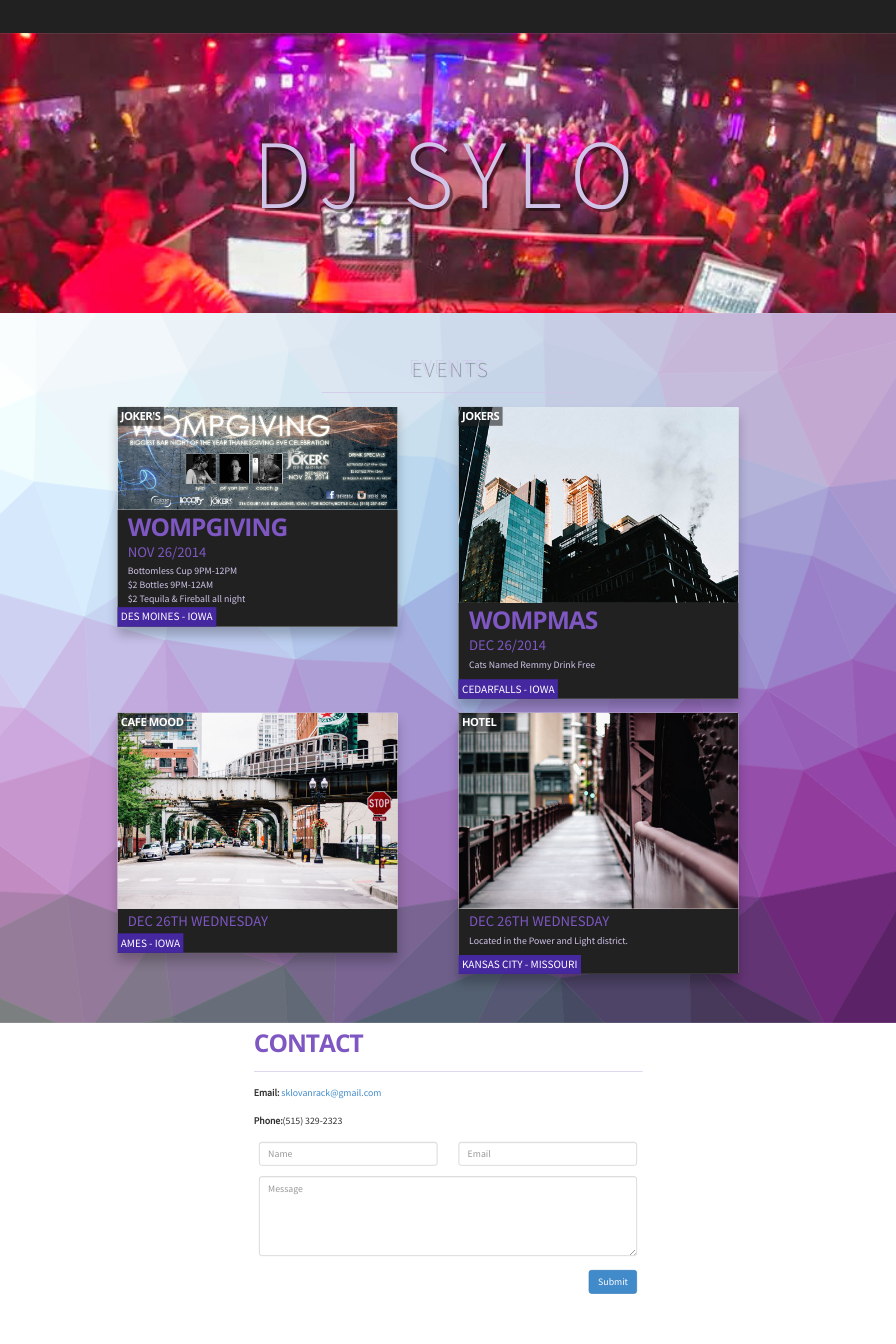
Repository: BambooXLotus/DjSylo
Page: client/index.html
The author's editor kept a record of every edit. The page is drawn from the files as they stood at one moment, then again after the next edit.
The browser window is 1280 px wide. The pictures show the part of the page from y = 1955 to 3875 px (the page is 4202 px tall), at 70% of full size.
Some icons come from a web library that is not loaded, so they are not drawn. Backgrounds fixed to the window are drawn as part of the page. Some web libraries are served in a nearby version.

Above is the page before.

After the next edit:
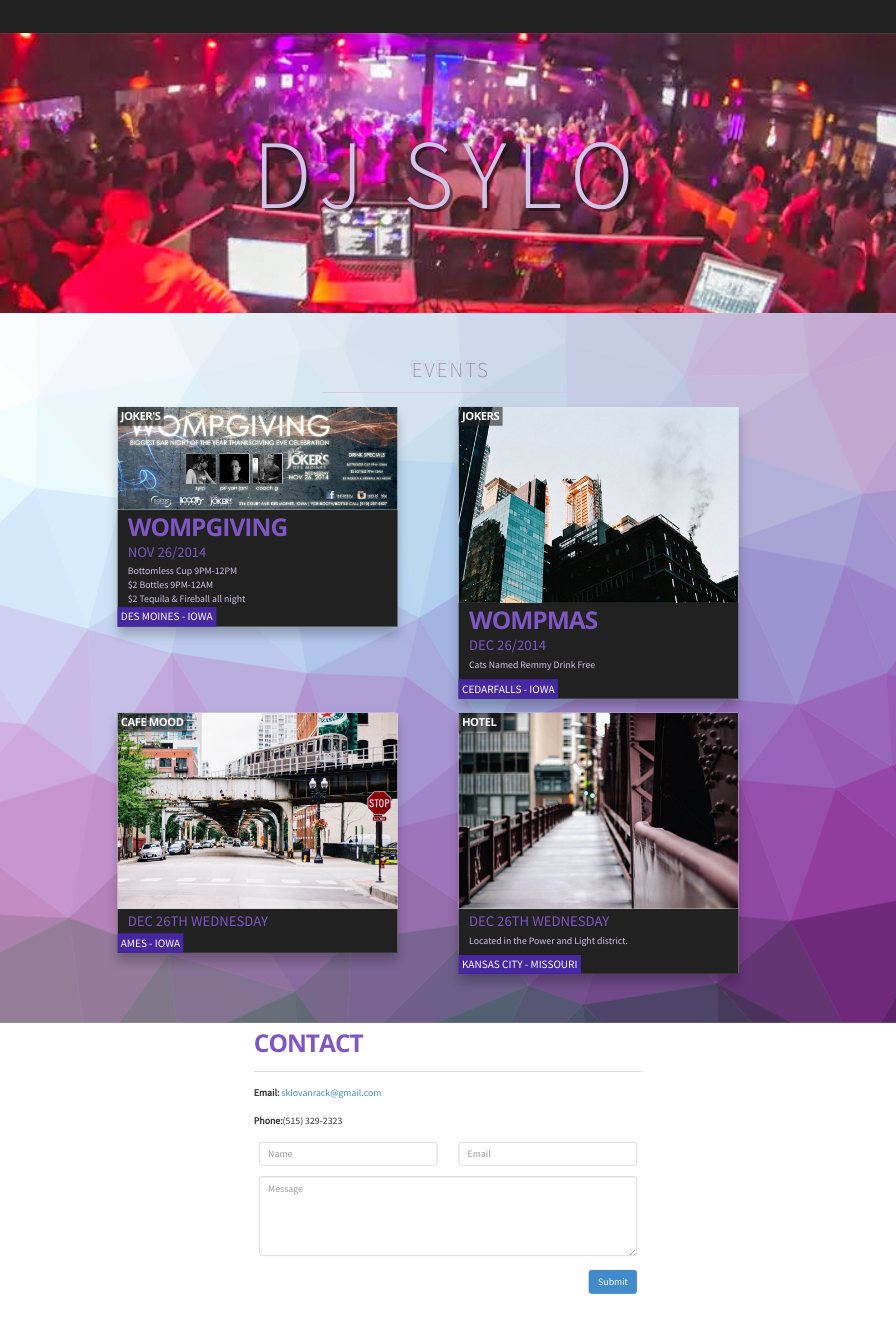
The edit:
--- a/client/css/stylish-portfolio.css
+++ b/client/css/stylish-portfolio.css
@@ -232,7 +232,7 @@
 .portfolio {
   background-size: cover;
   -webkit-background-origin:border;
-  background-image: url(../svg/trianglify-background.svg);
+  background-image: url(../svg/purp-tri-bg.svg);
   padding: 50px 0;
 }
 .portfolio-item {
